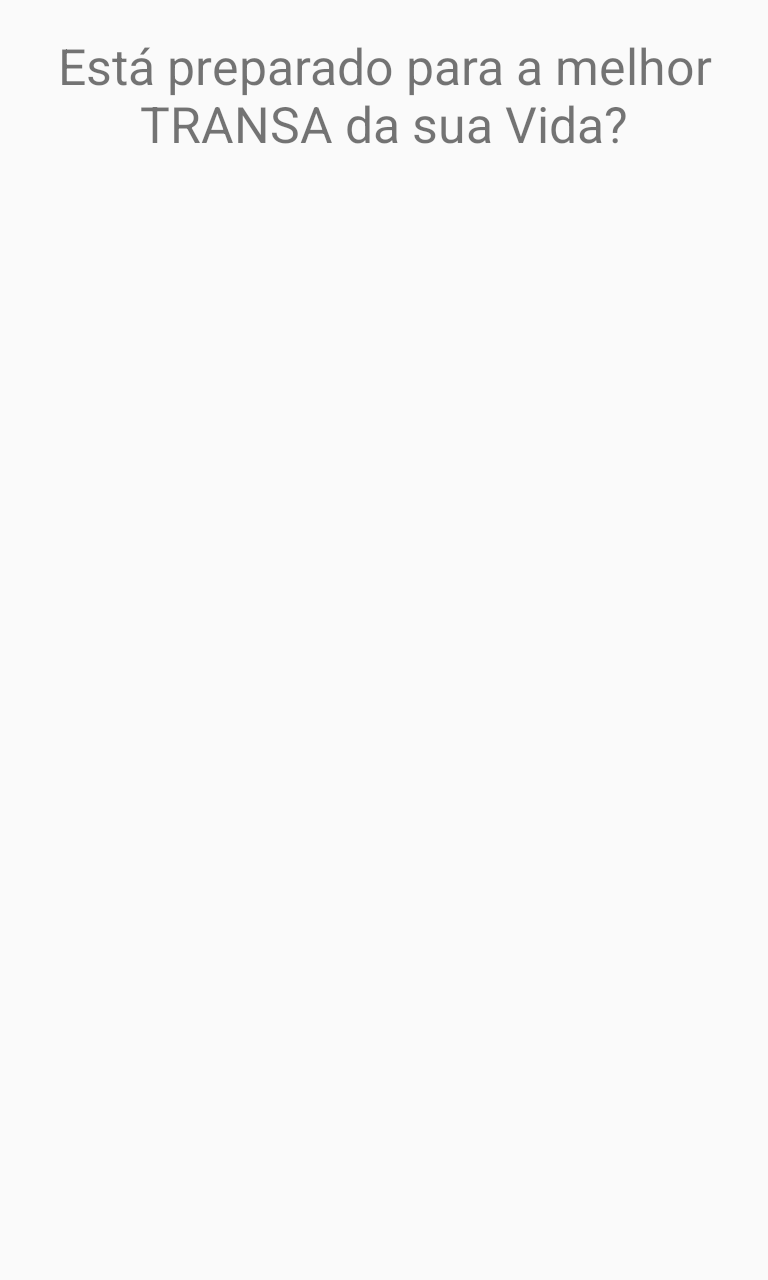
Repository: Cookahn/bioca_sounds
Layout: ChicoBiocaApp/res/layout/fragment_main.xml
The author's editor kept a copy of each file at every save. The layout is drawn from the files as they stood at one save, then again after the next save.
It is drawn on a 768 x 1280 px phone screen (xhdpi) without system bars, with theme AppTheme; the app's code is not run.

Above is the layout before, as saved 2014-08-11 19:29:45.

### ChicoBiocaApp/res/layout/fragment_main.xml
<RelativeLayout xmlns:android="http://schemas.android.com/apk/res/android"
    xmlns:tools="http://schemas.android.com/tools"
    android:layout_width="match_parent"
    android:layout_height="match_parent"
    android:paddingBottom="@dimen/activity_vertical_margin"
    android:paddingLeft="@dimen/activity_horizontal_margin"
    android:paddingRight="@dimen/activity_horizontal_margin"
    android:paddingTop="@dimen/activity_vertical_margin"
    tools:context="com.example.chicobiocaapp.MainActivity$PlaceholderFragment" >

    <TextView
        android:layout_width="wrap_content"
        android:layout_height="wrap_content"
        android:text="@string/are_you_ready"
        android:textSize="25sp"
        android:gravity="center_horizontal" />

</RelativeLayout>

### ChicoBiocaApp/res/values/strings.xml
<?xml version="1.0" encoding="utf-8"?>
<resources>

    <string name="app_name">Chico Bioca Remix</string>
    <string name="are_you_ready">Está preparado para a melhor TRANSA da sua Vida?</string>
    <string name="action_settings">Settings</string>

</resources>

Loaded but not shown: ChicoBiocaApp/res/values/styles.xml (common file); ChicoBiocaApp/res/values-v11/styles.xml (common file); ChicoBiocaApp/res/values-v14/styles.xml (common file); ChicoBiocaApp/res/values/dimens.xml (common file); ChicoBiocaApp/res/values-w820dp/dimens.xml (common file)

After the next save:
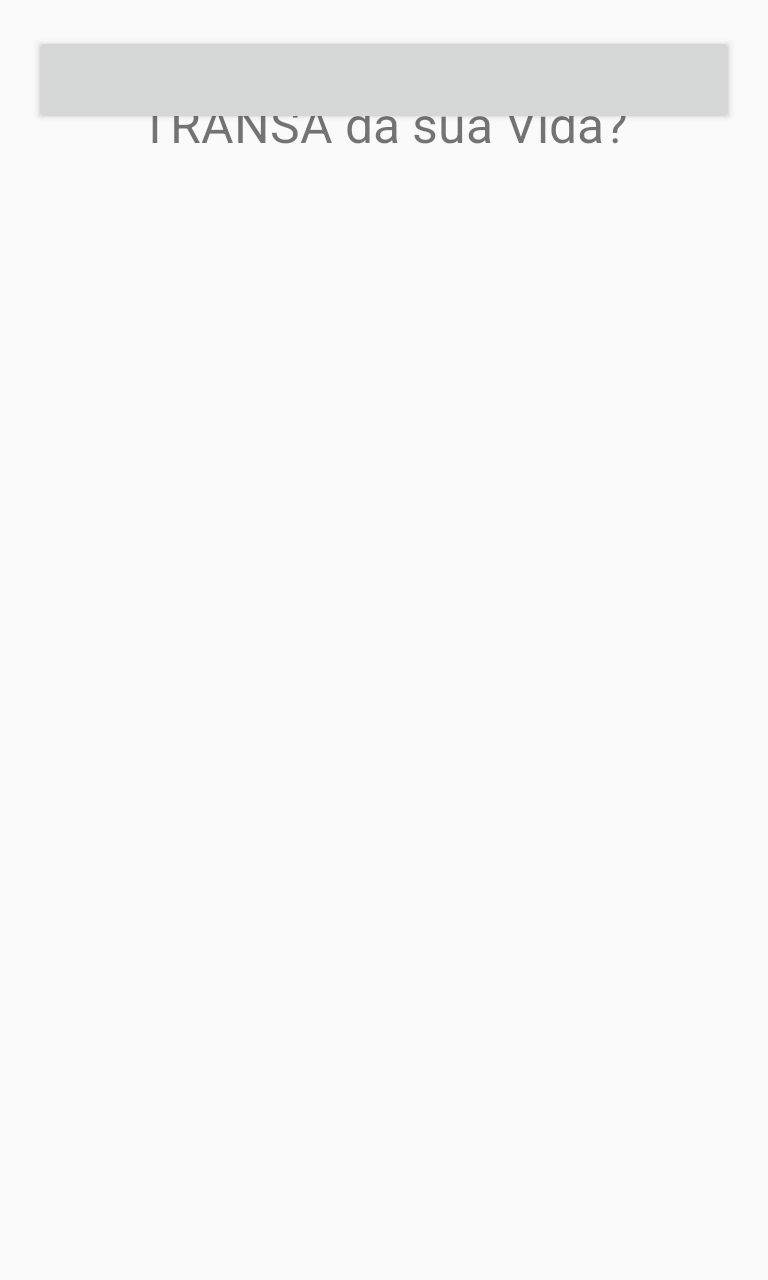
Saved 97 s later.
--- a/ChicoBiocaApp/res/layout/fragment_main.xml
+++ b/ChicoBiocaApp/res/layout/fragment_main.xml
@@ -11,8 +11,13 @@
     <TextView
         android:layout_width="wrap_content"
         android:layout_height="wrap_content"
+        android:gravity="center_horizontal"
         android:text="@string/are_you_ready"
-        android:textSize="25sp"
-        android:gravity="center_horizontal" />
+        android:textSize="25sp" />
+
+    <Button
+        android:layout_width="match_parent"
+        android:layout_height="wrap_content"
+        />
 
 </RelativeLayout>
